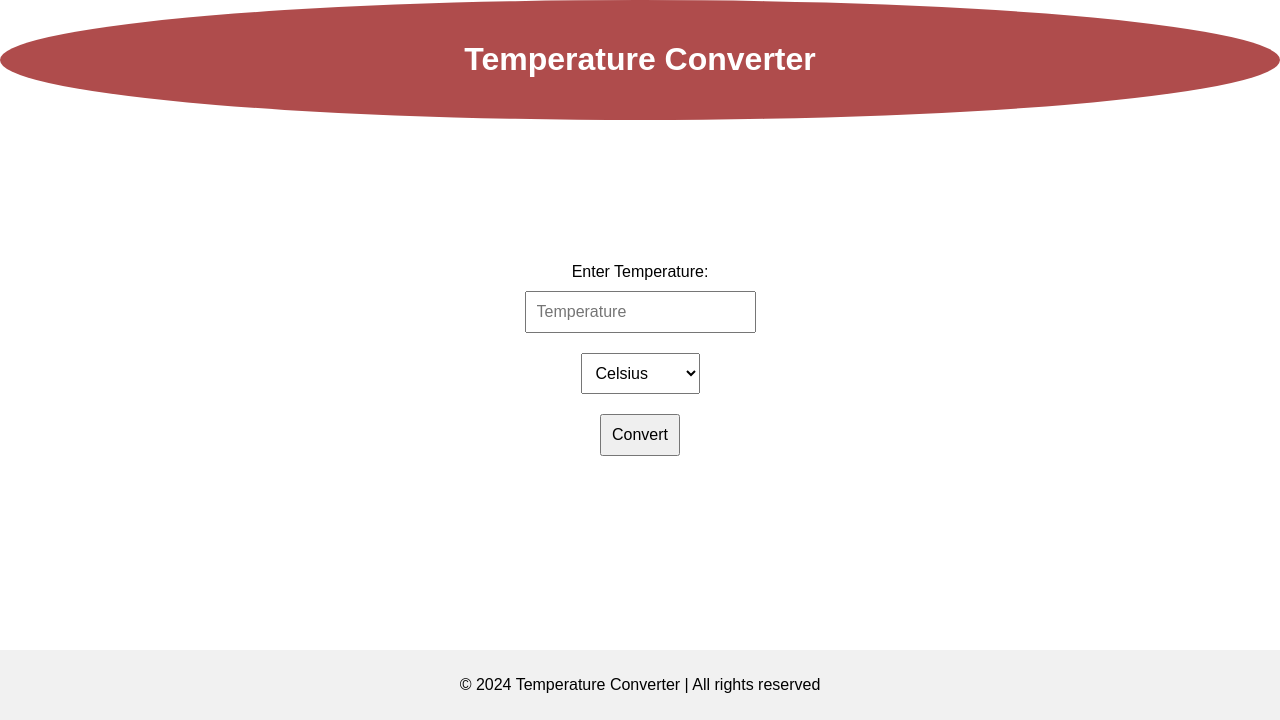
Repository: akhiranandan-04/Temperature-Converter
Page: index.html
These files come from the project's save history. The page is drawn as it stood at one moment and after the next save; the edit follows.
The browser window is 1280 px wide. The pictures show the whole page.

Above is the page before, as saved 2024-10-19 13:08:46.

### index.html
<!DOCTYPE html>
<html lang="en">
<head>
    <meta charset="UTF-8">
    <meta name="viewport" content="width=device-width, initial-scale=1.0">
    <title>Temperature Converter</title>
    <link rel="stylesheet" href="style.css">
</head>
<body>
    <header>
        <h1>Temperature Converter</h1>
    </header>

    <div class="converter">
        <label for="tempInput">Enter Temperature:</label>
        <input type="number" id="tempInput" placeholder="Temperature">

        <select id="tempType">
            <option value="C">Celsius</option>
            <option value="F">Fahrenheit</option>
        </select>

        <button onclick="convertTemp()">Convert</button>

        <p id="result"></p>
    </div>

    <footer>
        <p>&copy; 2024 Temperature Converter | All rights reserved</p>
    </footer>

    <script src="script.js"></script>
</body>
</html>

### style.css
body {
    font-family: Arial, sans-serif;
    display: flex;
    flex-direction: column;
    justify-content: space-between;
    min-height: 100vh;
    margin: 0;
}

header {
    text-align: center;
    background-color: #af4c4c;
    padding: 20px;
    color: white;
    border-radius: 50%;
}

.converter {
    display: flex;
    flex-direction: column;
    align-items: center;
    justify-content: center;
    flex: 1;
    background-color:white;
}

.converter input, .converter select, .converter button {
    margin: 10px;
    padding: 10px;
    font-size: 16px;
}

.converter p {
    font-size: 20px;
    font-weight: bold;
}

footer {
    text-align: center;
    padding: 10px;
    background-color: #f1f1f1;
}

### script.js
function convertTemp() {
    let temp = document.getElementById('tempInput').value;
    let tempType = document.getElementById('tempType').value;
    let resultText = '';

    if (temp === '') {
        resultText = 'Please enter a temperature!';
    } else {
        temp = parseFloat(temp);
        if (tempType === 'C') {
            // Celsius to Fahrenheit
            let convertedTemp = (temp * 9/5) + 32;
            resultText = `${temp}°C is ${convertedTemp.toFixed(2)}°F`;
        } else if (tempType === 'F') {
            // Fahrenheit to Celsius
            let convertedTemp = (temp - 32) * 5/9;
            resultText = `${temp}°F is ${convertedTemp.toFixed(2)}°C`;
        }
    }

    document.getElementById('result').innerText = resultText;
}

After the next save:
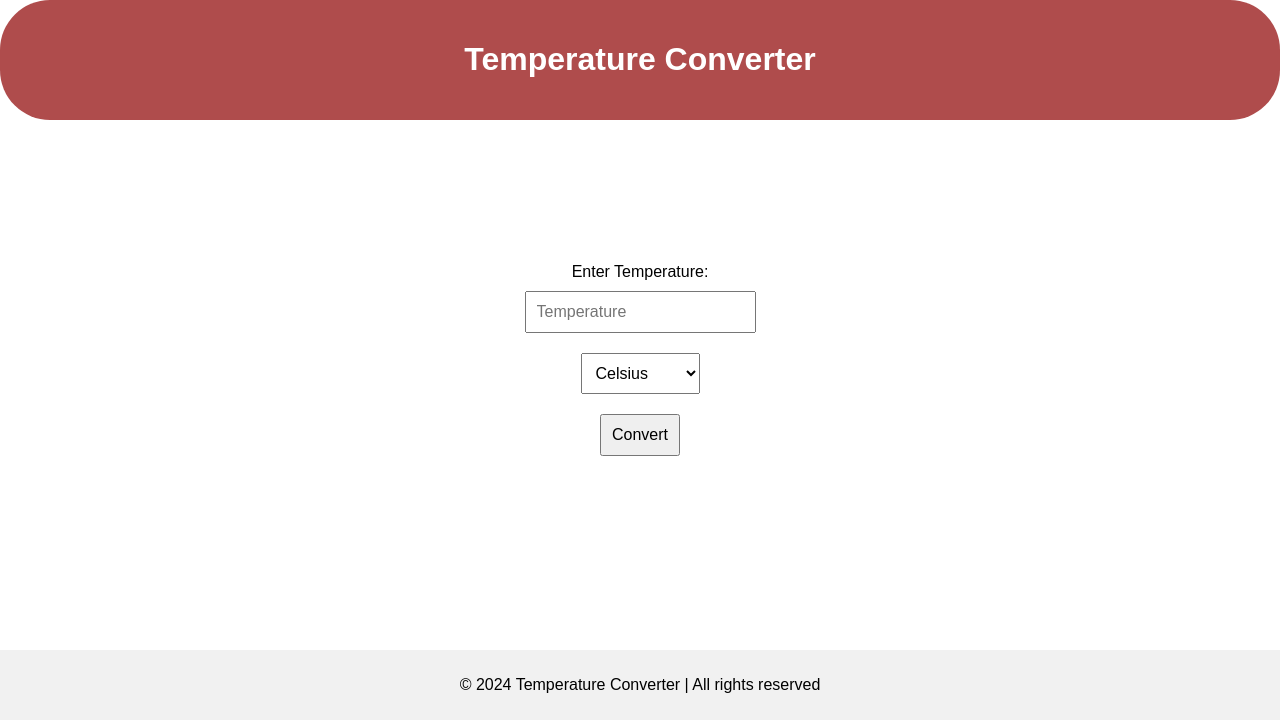
Saved 11 s later.
--- a/style.css
+++ b/style.css
@@ -12,7 +12,7 @@ header {
     background-color: #af4c4c;
     padding: 20px;
     color: white;
-    border-radius: 50%;
+    border-radius: 50px;
 }
 
 .converter {
